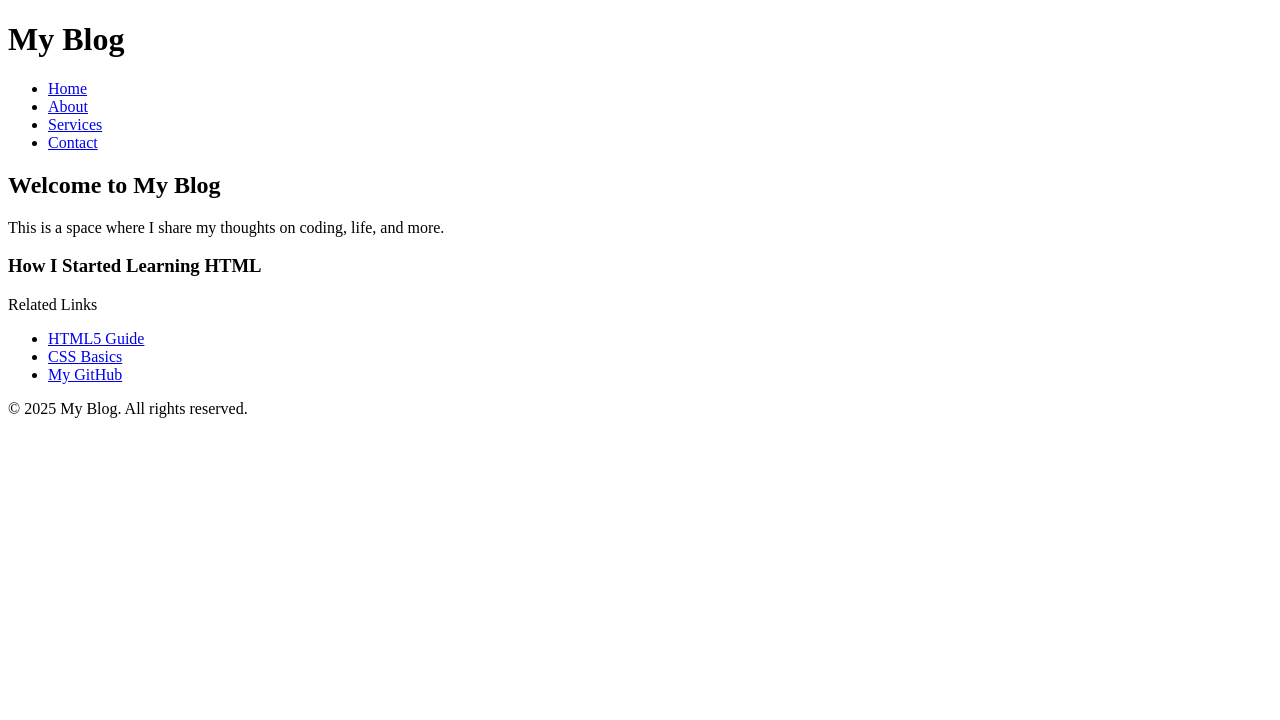
Repository: SainediAmbika/RecallingAll
Page: Angular Recalling/Blog Page/index.html
An editor plug-in stored every save of this project. The page is shown before and after the next save, followed by the edit.
The browser window is 1280 px wide. The pictures show the whole page.

Above is the page before, as saved 2025-05-19 11:19:09.

### Angular Recalling/Blog Page/index.html
<!DOCTYPE html>
<html lang="en">
<head>
    <meta charset="UTF-8">
    <meta name="viewport" content="width=device-width, initial-scale=1.0">
    <title>Blog Page</title>

</head>
<body>
    <header>
        <h1>My Blog</h1>
        <nav>
            <ul>
                <li><a href="#">Home</a></li>
                <li><a href="#">About</a></li>
                <li><a href="#">Services</a></li>
                <li><a href="#">Contact</a></li>

            </ul>
        </nav>
    </header>
    <main>
        <h2>Welcome to My Blog</h2>
        <section> This is a space where I share my thoughts on coding, life, and more.</section>
    </main>
    <article>
        <h3>How I Started Learning HTML  </h3>
        <section></section>
    </article>
    <article>
        <aside>Related Links</aside>
        <ul>
        <li><a href="https://www.w3schools.com/html/">HTML5 Guide</a></li>
        <li><a href="https://www.w3schools.com/css/">CSS Basics</a></li>
        <li><a href="https://github.com/">My GitHub</a></li>

        </ul>
    </article>

    <footer>
        <p>&copy; 2025 My Blog. All rights reserved.</p>
    </footer>
    </article>

</body>
</html>

After the next save:
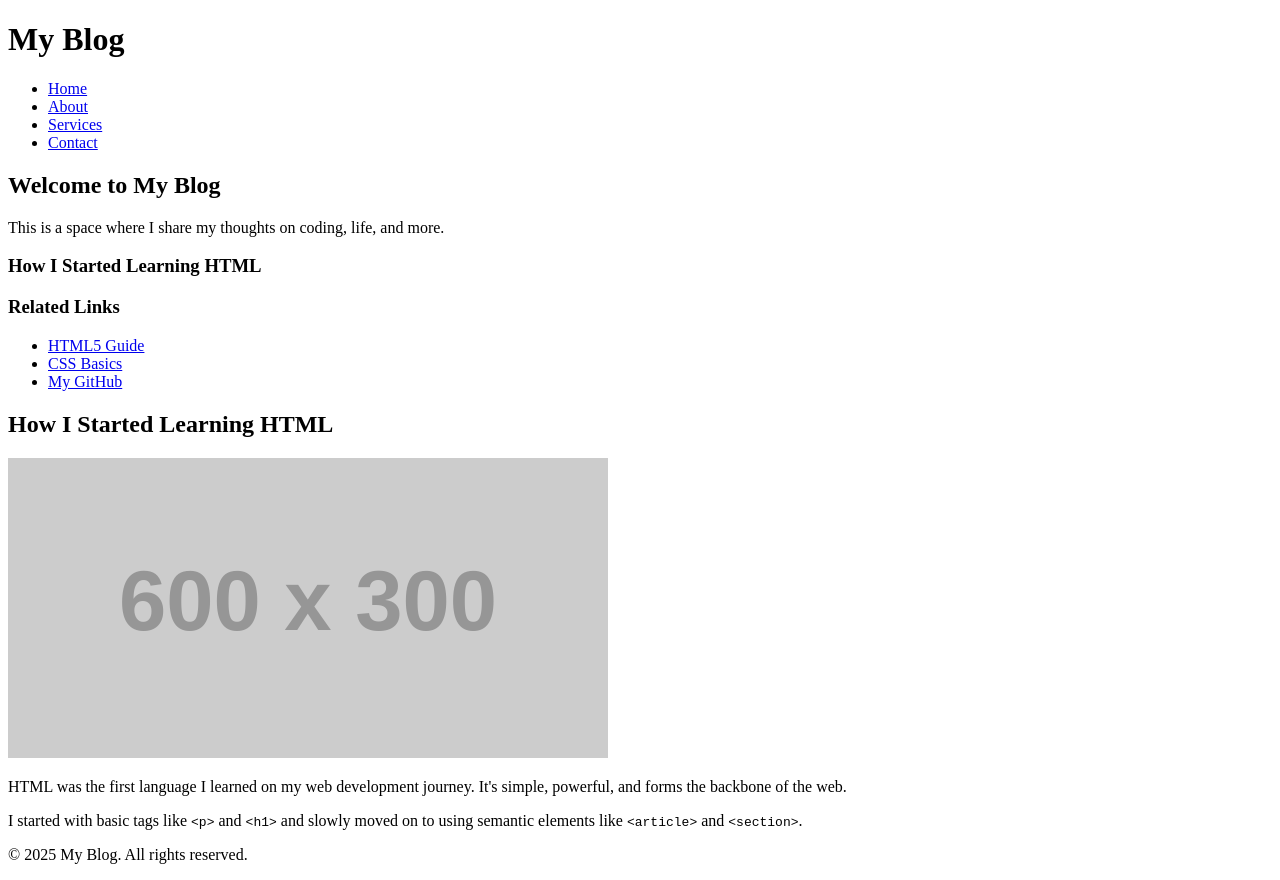
Saved 113 s later.
--- a/Angular Recalling/Blog Page/index.html
+++ b/Angular Recalling/Blog Page/index.html
@@ -27,15 +27,21 @@
         <h3>How I Started Learning HTML  </h3>
         <section></section>
     </article>
-    <article>
-        <aside>Related Links</aside>
+
+        <aside><h3>Related Links</h3></aside>
         <ul>
         <li><a href="https://www.w3schools.com/html/">HTML5 Guide</a></li>
         <li><a href="https://www.w3schools.com/css/">CSS Basics</a></li>
         <li><a href="https://github.com/">My GitHub</a></li>
 
         </ul>
-    </article>
+
+    <article>
+        <h2>How I Started Learning HTML</h2>
+        <img src="https://via.placeholder.com/600x300" alt="A person learning HTML on a laptop">
+        <p>HTML was the first language I learned on my web development journey. It's simple, powerful, and forms the backbone of the web.</p>
+        <p>I started with basic tags like <code>&lt;p&gt;</code> and <code>&lt;h1&gt;</code> and slowly moved on to using semantic elements like <code>&lt;article&gt;</code> and <code>&lt;section&gt;</code>.</p>
+      </article>
 
     <footer>
         <p>&copy; 2025 My Blog. All rights reserved.</p>
